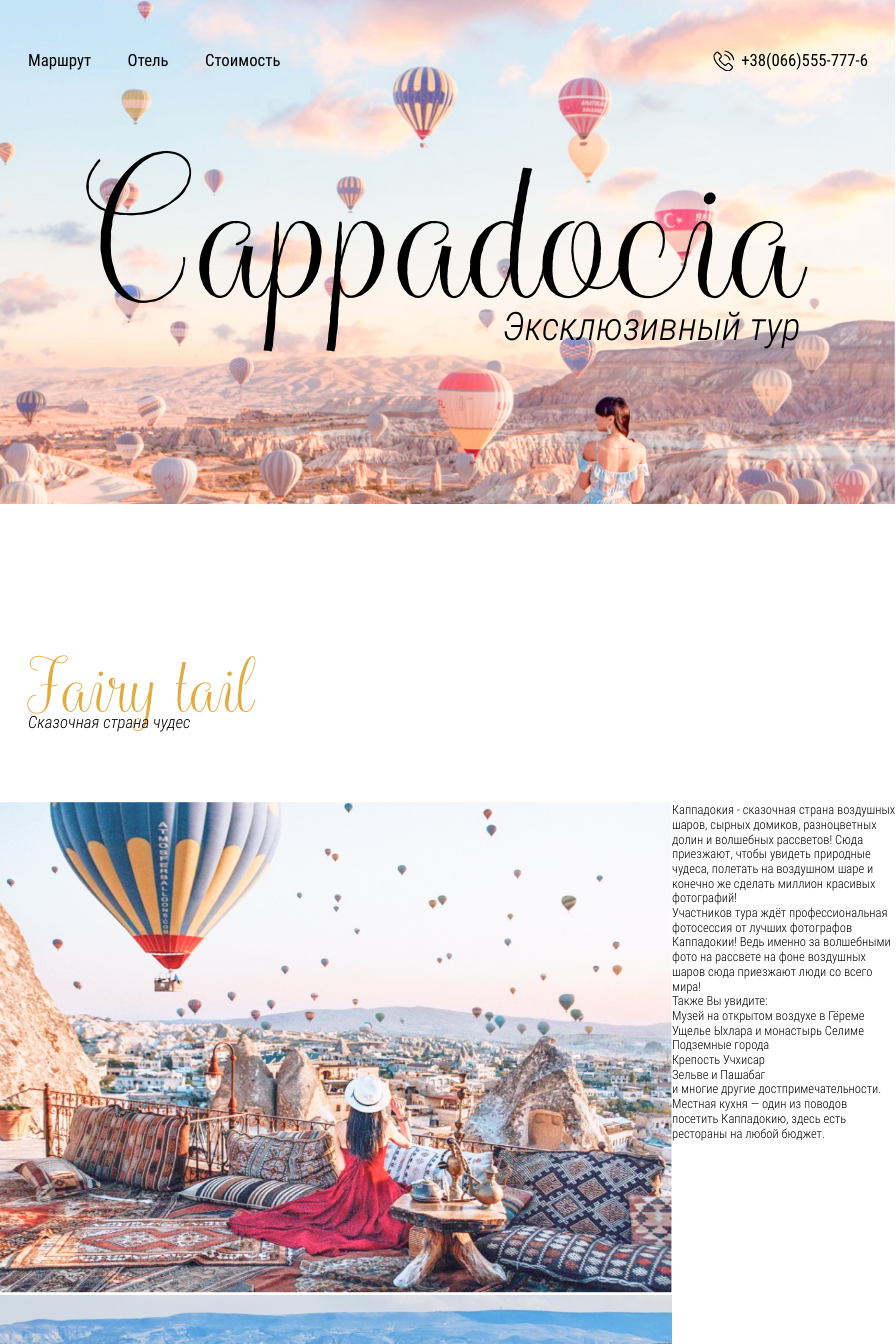
Repository: Lareeman/cappadocia
Page: index.html
An editor plug-in stored every save of this project. The page is shown before and after a run of saves, followed by the edit.
The browser window is 1280 px wide. The pictures show the part of the page from y = 0 to 1920 px (the page is 3458 px tall), at 70% of full size.

Above is the page before, as saved 2024-01-27 12:16:38.

### index.html
<!DOCTYPE html>
<html lang="en">

<head>
  <meta charset="UTF-8">
  <meta name="viewport" content="width=device-width, initial-scale=1.0">
  <meta http-equiv="X-UA-Compatible" content="ie=edge">
  <title>Cappadocia</title>
  <link rel="stylesheet" href="css/reset.css">
  <link rel="stylesheet" href="css/slick.css">
  <link rel="stylesheet" href="css/style.css">
</head>

<body>
  <header class="header">
    <div class="container">
      <div class="header__top">
        <nav class="menu">
          <ul class="menu__list">
            <li class="menu__item"><a class="menu__link" href="#">Маршрут</a></li>
            <li class="menu__item"><a class="menu__link" href="#">Отель</a></li>
            <li class="menu__item"><a class="menu__link" href="#">Стоимость</a></li>
          </ul>
        </nav>
        <a class="header__phone" href="tel:+380665557776">+38(066)555-777-6</a>
      </div>
      <h1 class="header__title">Cappadocia<span>Эксклюзивный тур</span></h1>
    </div>
  </header>
  <section class="fairy page-section">
    <div class="container">
      <h3 class="fairy__title title">Fairy tail
        <span>Сказочная страна чудес</span>
      </h3>
    </div>
    <div class="fairy__inner">
      <div class="fairy__slider">
        <div class="fairy__item"><img src="images/fairy-1.jpg" alt=""></div>
        <div class="fairy__item"><img src="images/fairy-2.jpg" alt=""></div>
        <div class="fairy__item"><img src="images/fairy-3.jpg" alt=""></div>
      </div>
      <div class="fairy__content">
        <div class="fairy__container">
          <div class="fairy__body">
            <p class="fairy__text">
              Каппадокия - сказочная страна воздушных шаров, сырных домиков, разноцветных долин и волшебных рассветов!
              Сюда приезжают, чтобы увидеть природные чудеса, полетать на воздушном шаре и конечно же сделать миллион красивых фотографий!
            </p>
            <p class="fairy__text">
              Участников тура ждёт профессиональная фотосессия от лучших фотографов Каппадокии!
              Ведь именно за волшебными фото на рассвете на фоне воздушных шаров сюда приезжают люди со всего мира!
            </p>
            <div class="fairy__body-title">
              Также Вы увидите:
            </div>
            <ul class="fairy__list">
              <li>Музей на открытом воздухе в Гёреме</li>
              <li>Ущелье Ыхлара и монастырь Селиме</li>
              <li>Подземные города</li>
              <li>Крепость Учхисар</li>
              <li>Зельве и Пашабаг</li>
            </ul>
            <p class="fairy__text">и многие другие достпримечательности.</p>
            <p class="fairy__text">Местная кухня — один из поводов посетить Каппадокию, здесь есть рестораны на любой бюджет.</p>
          </div>
        </div>
      </div>
    </div>
  </section>

  <script src="https://ajax.googleapis.com/ajax/libs/jquery/3.4.1/jquery.min.js"></script>
  <script src="js/slick.min.js"></script>
  <script src="js/main.js"></script>
</body>

</html>

### css/style.css
:root {
  --black: #000;
  --gold: #E2AB3F;
}

@font-face {
  font-family: 'Balqis';
  src: url('../fonts/balqis.woff2');
  src: url('../fonts/balqis.woff2') format('woff2'),
    url('../fonts/balqis.woff') format('woff');

  font-style: normal;
  font-weight: 300;
  font-display: swap;
}

@font-face {
  font-family: 'RobotoCondensed-Light';
  src: url('../fonts/RobotoCondensed-Light.woff2');
  src: url('../fonts/RobotoCondensed-Light.woff2') format('woff2'),
    url('../fonts/RobotoCondensed-Light.woff') format('woff');


  font-style: normal;
  font-weight: 300;
  font-display: swap;
}

@font-face {
  font-family: 'RobotoCondensed-LightItalic';
  src: url('../fonts/RobotoCondensed-LightItalic.woff2');
  src: url('../fonts/RobotoCondensed-LightItalic.woff2') format('woff2'),
    url('../fonts/RobotoCondensed-LightItalic.woff') format('woff');
  font-style: italic;
  font-weight: 300;
  font-display: swap;
}

@font-face {
  font-family: 'RobotoCondensed-Regular';
  src: url('../fonts/RobotoCondensed-Regular.woff2');
  src: url('../fonts/RobotoCondensed-Regular.woff2') format('woff2'),
    url('../fonts/RobotoCondensed-Regular.woff') format('woff');


  font-style: 400;
  font-weight: 300;
  font-display: swap;
}

html {
  box-sizing: border-box;
}

*,
*::before,
*::after {
  box-sizing: inherit;
}

a {
  text-decoration: none;
  color: inherit;
}

ul {
  list-style-type: none;
}

body {
  color: var(--black);
  font-family: 'RobotoCondensed-Light';
  font-size: 18px;
  font-style: normal;
  font-weight: 300;
  line-height: normal;
}

.header {
  background-image: url("../images/header-bg.jpg");
  background-size: cover;
  background-repeat: no-repeat;
  background-position: bottom center;
  min-height: 100vh;
  margin-bottom: 200px;
}

.container {
  max-width: 1230px;
  padding: 0 15px;
  margin: 0 auto;
}

.page-section {
  margin-bottom: 200px;
}

.title {
  color: var(--gold);
  font-family: Balqis;
  font-size: 96px;
  font-weight: 400;
  margin-bottom: 100px;
}
.title span{
  line-height: 28px;
  font-size: 24px;
  color: var(--black);
  font-family: 'RobotoCondensed-LightItalic';
  display: block;
  margin-top: -30px;
  nl: 85px;
}

.header__top {
  padding: 72px 0;
  display: flex;
  justify-content: space-between;
  align-items: center;
  font-size: 24px;
  font-weight: 400;
  font-family: 'RobotoCondensed-Regular';
}

.menu__list {
  display: flex;
  gap: 0 52px;
}

.menu__link {
  transition: all .6s;
}

.menu__link:hover {
  text-decoration: underline;
  /* border-bottom: 1px solid var(--black); */
}

.header__title {
  text-align: center;
  color: var(--black);
  font-family: "Balqis", serif;
  font-size: 250px;
  font-weight: 400;
}

.header__title span {
  text-align: right;
  margin-top: -6%;
  margin-right: 8%;
  display: block;
  font-family: 'RobotoCondensed-LightItalic';
  font-size: 56px;
  font-style: italic;
  font-weight: 300;
}

.header__phone {
  padding-left: 40px;
  position: relative;
}

.header__phone::before {
  content: "";
  position: absolute;
  width: 30px;
  height: 30px;
  left: 0;
  background-image: url('../images/phone-icon.svg');
}

.fairy {}


.fairy__title {}

.fairy__title span {
  display: block;
  color: var(--black);
  font-family: 'RobotoCondensed-LightItalic';
  font-size: 24px;
  font-style: italic;
  font-weight: 300;
}



.fairy__inner {
  display: flex;
}

.fairy__slider {}

.fairy__item {}

.fairy__content {}

.fairy__container {}

.fairy__body {}

.fairy__text {}

.fairy__body-title {}

.fairy__list {}

Loaded but not shown: css/reset.css (common file); css/slick.css (common file); js/slick.min.js (library); js/main.js (common file)

After the next 3 saves:
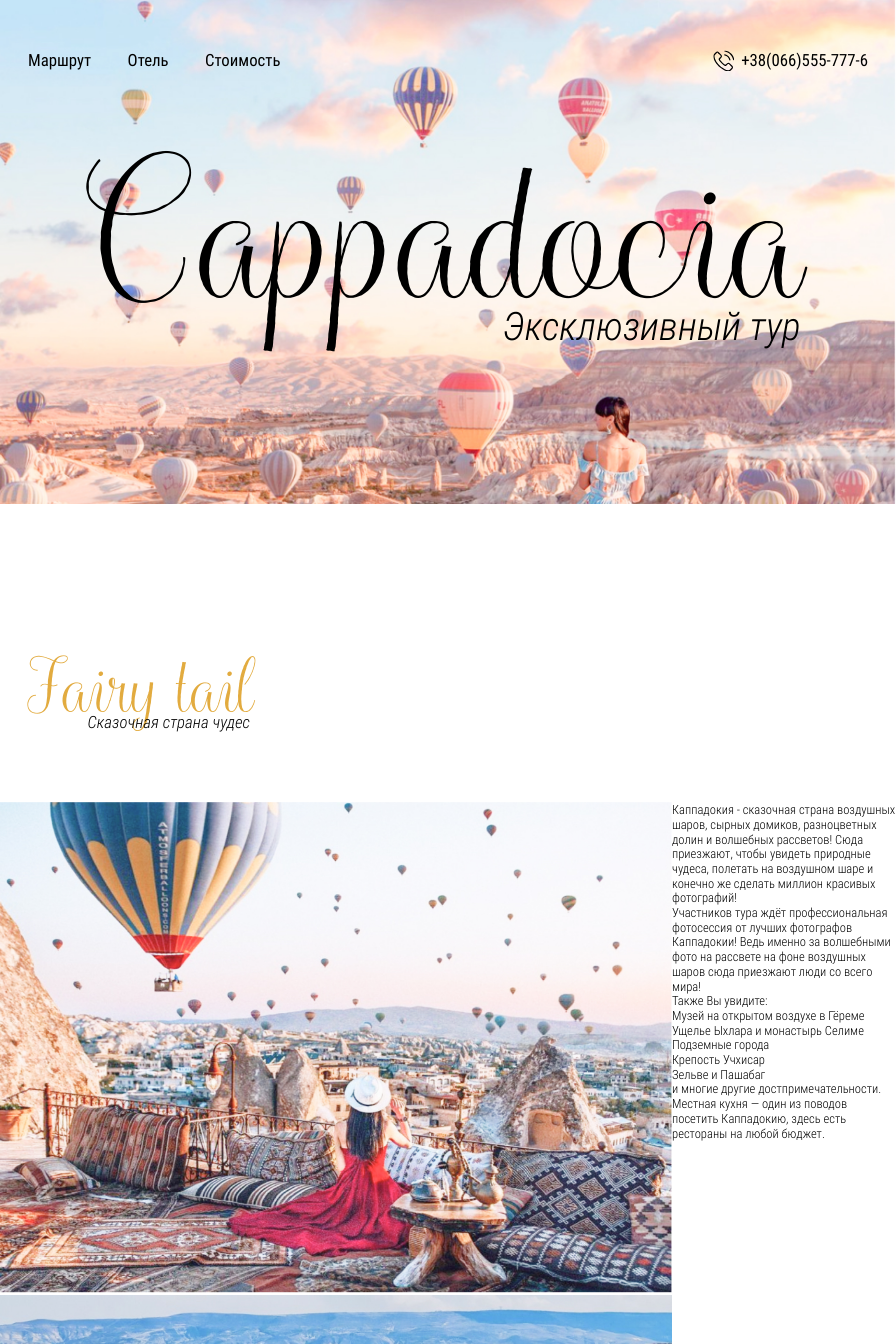
The 3 saves are shown as one change because they came seconds apart.
The last was saved 8 s later.
--- a/css/style.css
+++ b/css/style.css
@@ -102,14 +102,15 @@ body {
   font-weight: 400;
   margin-bottom: 100px;
 }
-.title span{
+
+.title span {
   line-height: 28px;
   font-size: 24px;
   color: var(--black);
   font-family: 'RobotoCondensed-LightItalic';
   display: block;
   margin-top: -30px;
-  nl: 85px;
+  margin-left: 85px;
 }
 
 .header__top {
